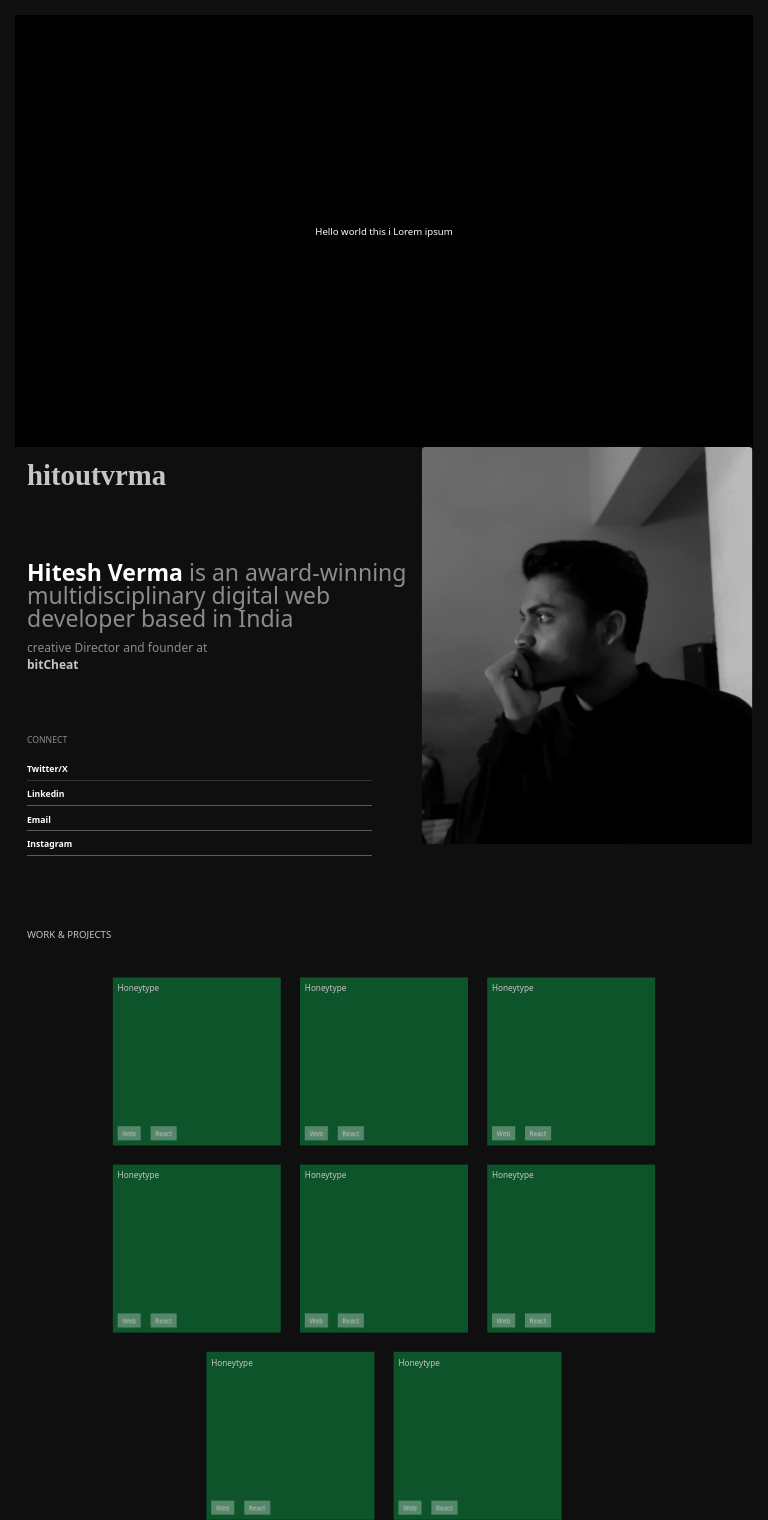
Repository: hitoutvrma/portfolio
Page: /
An editor plug-in stored every save of this project. The page is shown before and after a run of saves, followed by the edit.
The browser window is 1280 px wide. The pictures show the whole page, at 60% of full size.
The project was rebuilt for these pictures with package versions that can differ from the ones it lists, and the page was loaded fresh each time. Also part of the build but not shown: vite.config.js.

Above is the page before, as saved 2025-03-08 10:58:52.

After the next 8 saves:
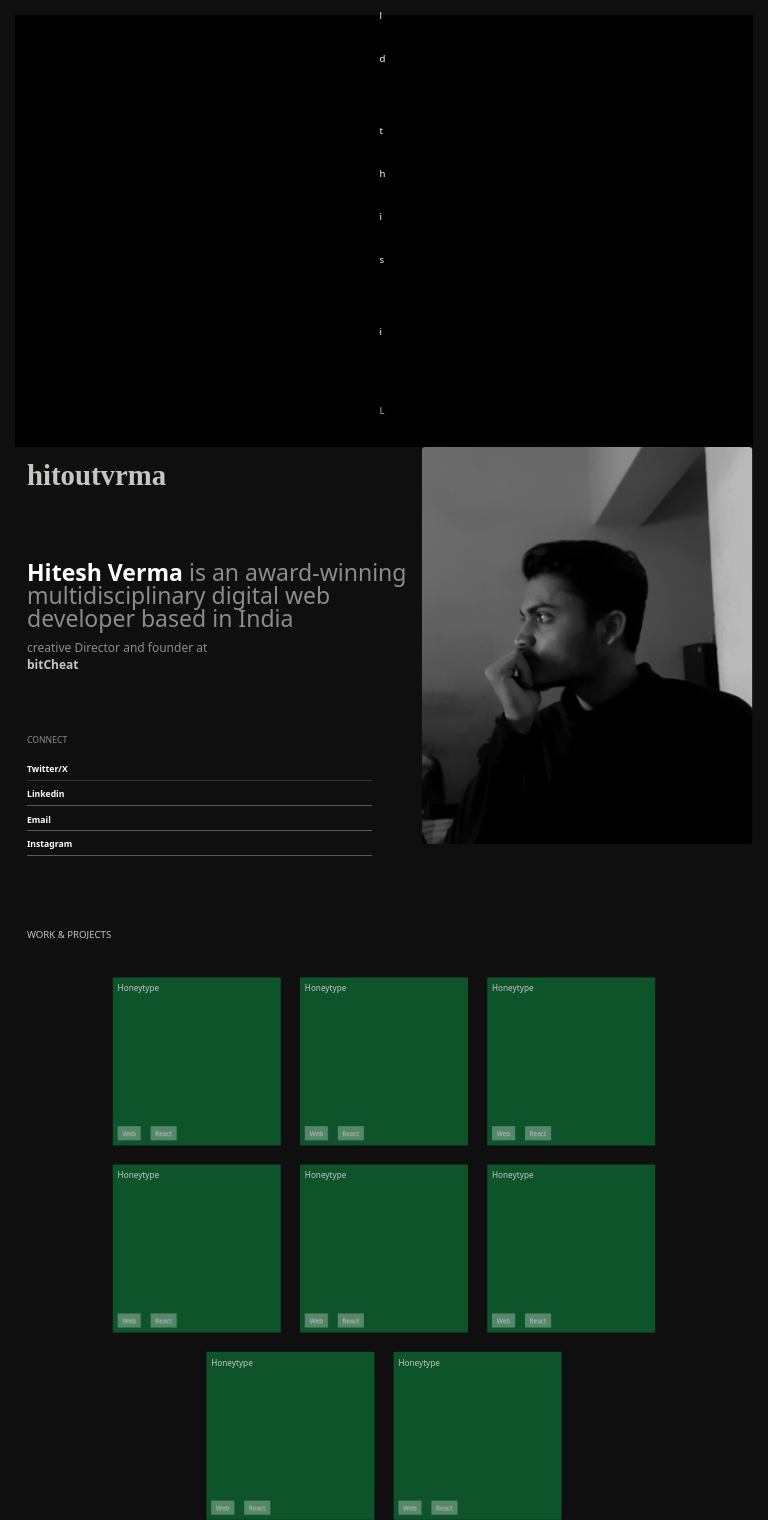
The 8 saves are shown as one change because 2 did not build or start and some came seconds apart.
The last was saved 29 s later.
--- a/src/Components/AnimatedParagraph.jsx
+++ b/src/Components/AnimatedParagraph.jsx
@@ -15,8 +15,9 @@
           }
         }}
       >
+        {words.map((word, index) => (
           <motion.div
-
+            key={index}
             className="p-4 "
             variants={{
               hidden: { opacity: 0, y: 40 }, // Start invisible, slightly lower
@@ -24,8 +25,9 @@
             }}
             transition={{ duration: 0.5, ease: "easeOut" }}
           >
-              Hello world this i Lorem ipsum
+            {word}
           </motion.div>
+        ))}
 
       </motion.div>
     </div>
